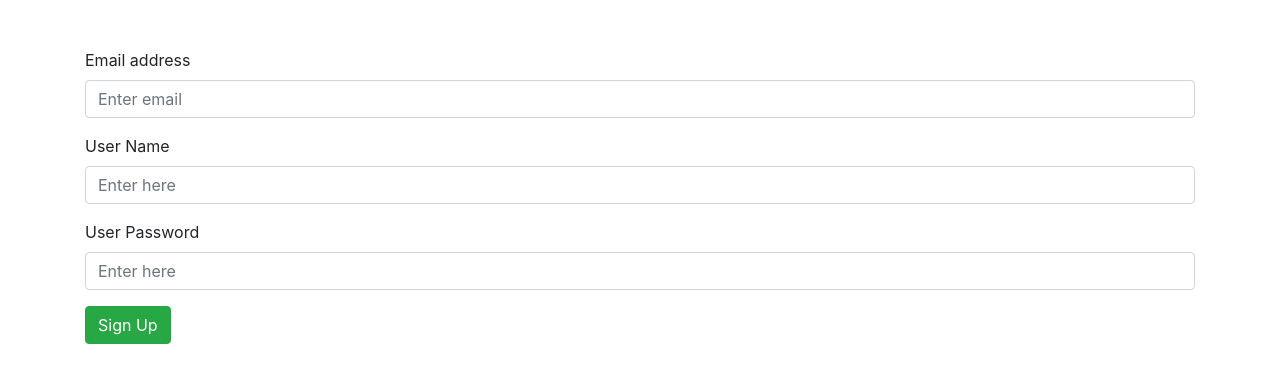
Repository: Sambit-23/Development
Page: http://localhost/springmvc/contact
An editor plug-in stored every save of this project. The page is shown before and after the next save, followed by the edit.
The browser window is 1280 px wide. The pictures show the whole page.
Some web libraries are served in a nearby version. The page is served by Tomcat 9.

Above is the page before, as saved 2023-06-06 06:04:46.

After the next save:
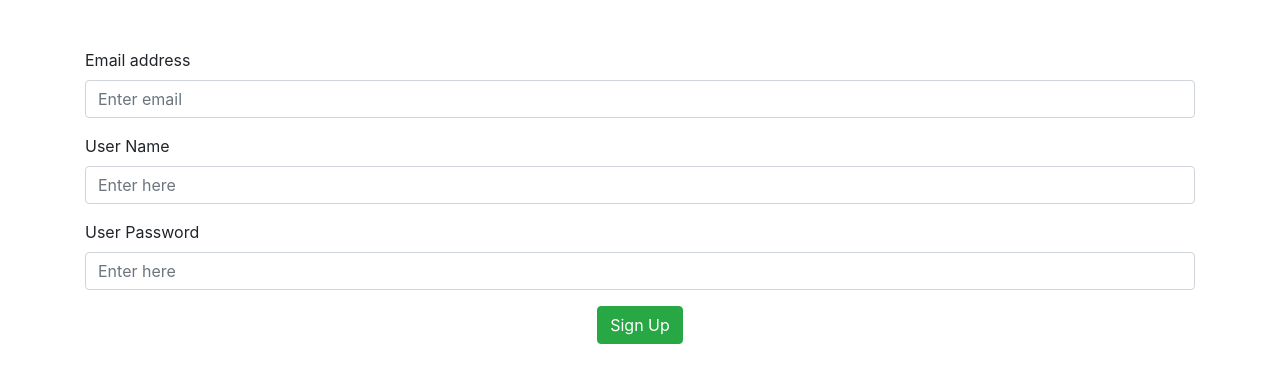
Saved 7 min 8 s later.
--- a/springmvc/src/main/webapp/WEB-INF/views/contact.jsp
+++ b/springmvc/src/main/webapp/WEB-INF/views/contact.jsp
@@ -39,7 +39,9 @@
 				aria-describedby="emailHelp" placeholder="Enter here">
 		</div>
 
+		<div class="container text-center">
 		<button type="submit" class="btn btn-success">Sign Up</button>
+		</div>
 
 	</form>
 	</div>
